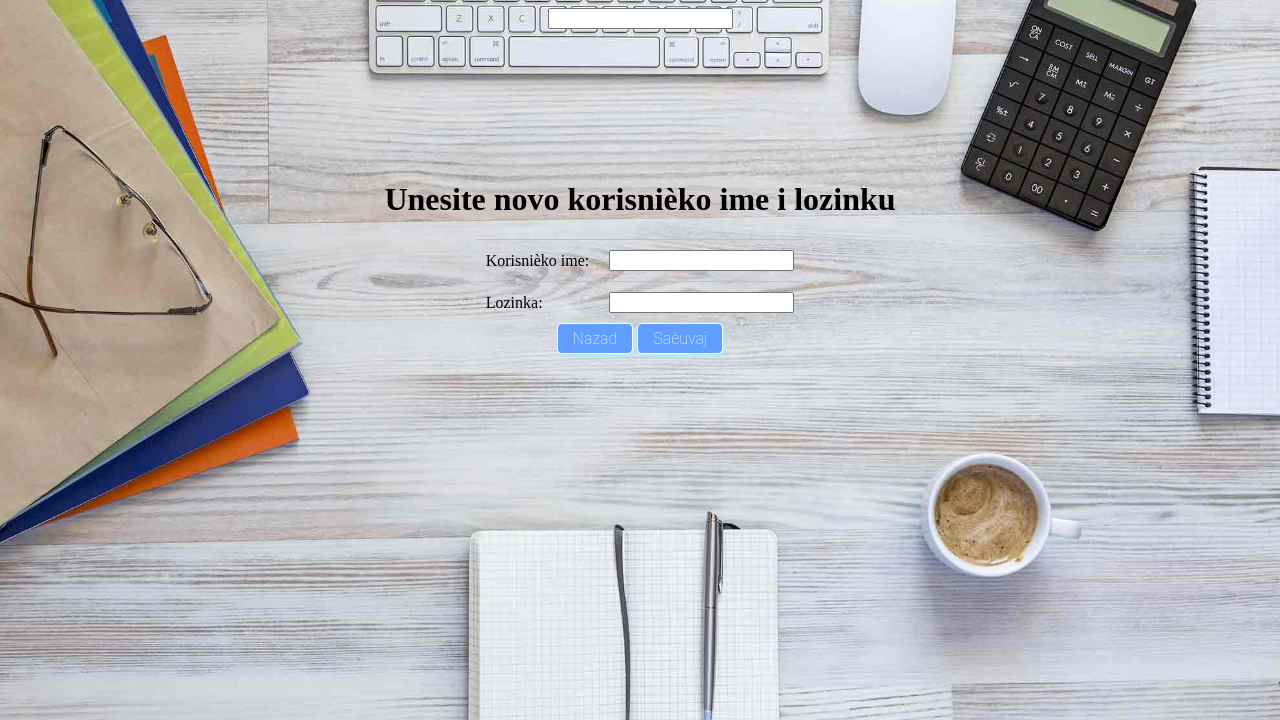
Repository: KristijanPetkovic/java-applet-video-library
Page: Projekti/www.videoteka.com/WebContent/noviKorisnik.html
An editor plug-in stored every save of this project. The page is shown before and after the next save, followed by the edit.
The browser window is 1280 px wide. The pictures show the whole page.

Above is the page before, as saved 2019-01-11 23:06:29.

### Projekti/www.videoteka.com/WebContent/noviKorisnik.html
<html>
	<head>
		<meta http-equiv="content-type" content="text/html">
		<title>Otvaranje naloga</title>
		<link rel="stylesheet" type="text/css" href="./css/logovanje.css" >
	</head>
	<body>
	<input name="greska" id="greska" type="text">
		<h1 id="naslov">Unesite novo korisnièko ime i lozinku</h1>
		<form action="NoviKorisnikServlet" method="post">
			<table class="center" cellpadding="15px">
				<tr>
					<td>Korisnièko ime: </td>
					<td> <input name="ime" type="text"> </td>
				</tr>
				<tr>
					<td>Lozinka: </td>
					<td> <input name="sifra" type="text"> </td>
				</tr>
			</table>
			<input class="color-change" type="button" onclick="location.href='./login.html';" value="Nazad" />
			<input class="color-change" name="saèuvaj" type="submit" value="Saèuvaj">
		</form>
	</body>
</html>

### Projekti/www.videoteka.com/WebContent/css/logovanje.css
#naslov{
    margin-top:12%;
    }

table.center {
    margin-left:auto;
    margin-right:auto;
  }

body {
	background: url(../slike/poz.jpg) no-repeat center center fixed;
	-webkit-background-size: cover;
	-moz-background-size: cover;
	-o-background-size: cover;
	background-size: cover;
	text-align:center;
  }
table{
	border-color: rgb(0,0,0);
	border-collapse: collapse;
}
th{
	color: rgb(255, 255, 255);
	background: rgb(0, 0, 0);
	collspan: 2;
}
td{
	border-top: 1pt solid silver;
	padding: 10;
}
ttr:nth-child(odd){
	background: rgb(255, 255, 255);
}
tr:hover{
	background: rgb(96, 158, 255);
}
input:focus{
	background-color: rgb(255, 255, 179);
	border-color: rgb(186, 186, 186);
}
.color-change {
  border-radius: 5px;
  font-size: 20px;
  padding: 5px 15px;
  cursor: pointer;
  color: #fff;
  background-color: rgb(96, 158, 255);
  font-size: 1rem;
  font-family: 'Roboto';
  font-weight: 100;
  border: 1px solid #fff;
  box-shadow: 2px 2px 5px #AFE9FF;
  transition-duration: 0.5s;
  -webkit-transition-duration: 0.5s;
  -moz-transition-duration: 0.5s;
}

.color-change:hover {
  color: #006398;
  border: 1px solid #006398;
  box-shadow: 2px 2px 20px #AFE9FF;
}

button.color-change {
  -webkit-appearance: none;
  -moz-appearance: none;
}

After the next save:
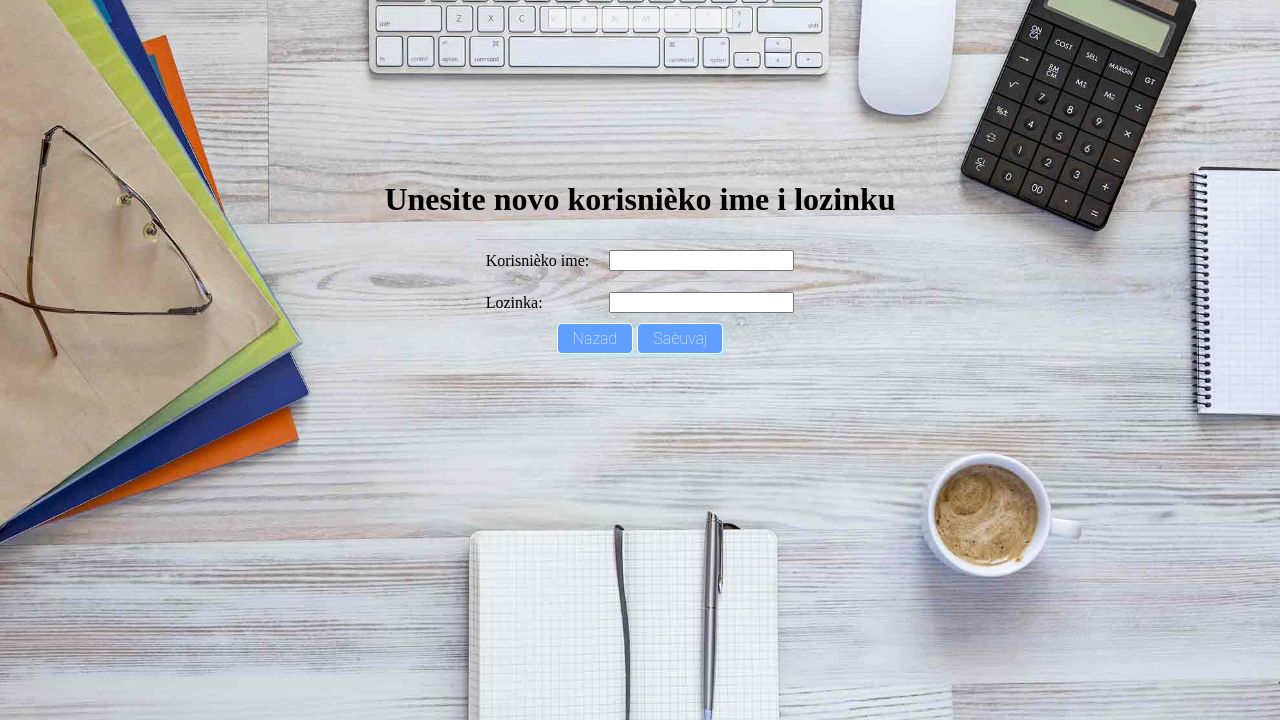
Saved 10 s later.
--- a/Projekti/www.videoteka.com/WebContent/noviKorisnik.html
+++ b/Projekti/www.videoteka.com/WebContent/noviKorisnik.html
@@ -5,7 +5,7 @@
 		<link rel="stylesheet" type="text/css" href="./css/logovanje.css" >
 	</head>
 	<body>
-	<input name="greska" id="greska" type="text">
+	<input name="greska" id="greska" type="text" disabled>
 		<h1 id="naslov">Unesite novo korisnièko ime i lozinku</h1>
 		<form action="NoviKorisnikServlet" method="post">
 			<table class="center" cellpadding="15px">

After the save that followed:
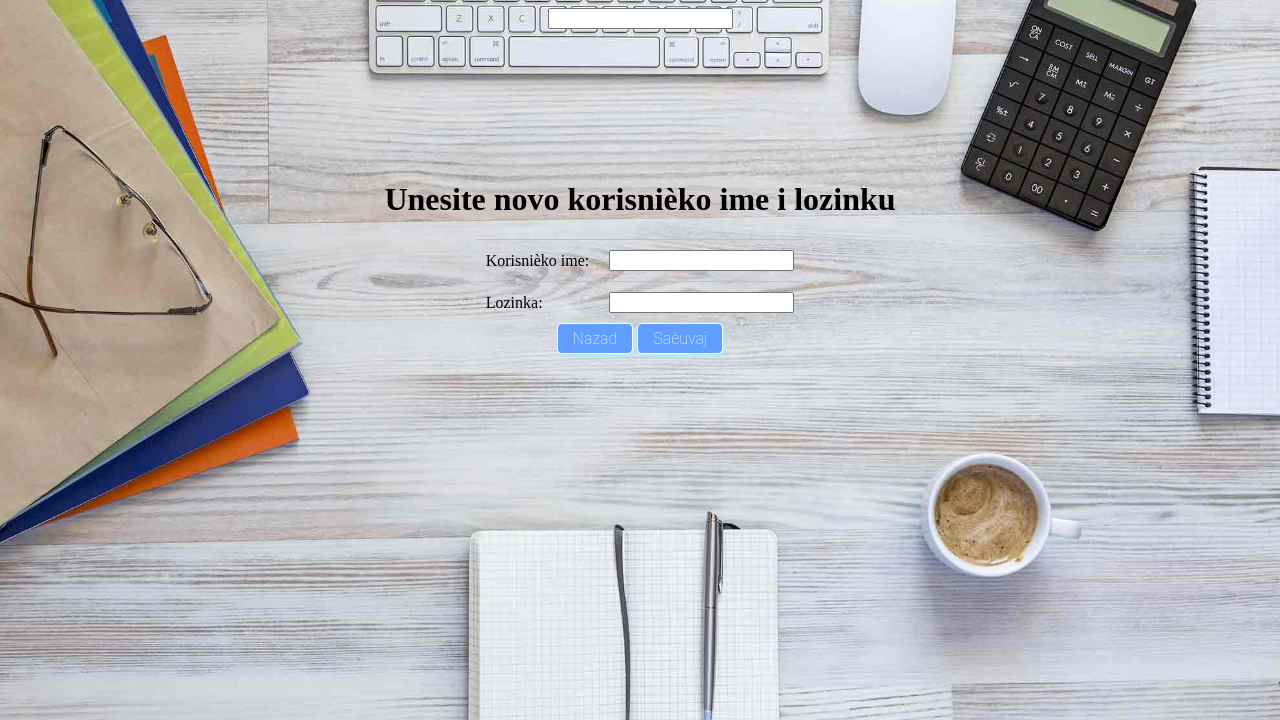
Saved 77 s later.
--- a/Projekti/www.videoteka.com/WebContent/noviKorisnik.html
+++ b/Projekti/www.videoteka.com/WebContent/noviKorisnik.html
@@ -5,7 +5,7 @@
 		<link rel="stylesheet" type="text/css" href="./css/logovanje.css" >
 	</head>
 	<body>
-	<input name="greska" id="greska" type="text" disabled>
+	<input name="greska" id="greska" type="text" >
 		<h1 id="naslov">Unesite novo korisnièko ime i lozinku</h1>
 		<form action="NoviKorisnikServlet" method="post">
 			<table class="center" cellpadding="15px">
